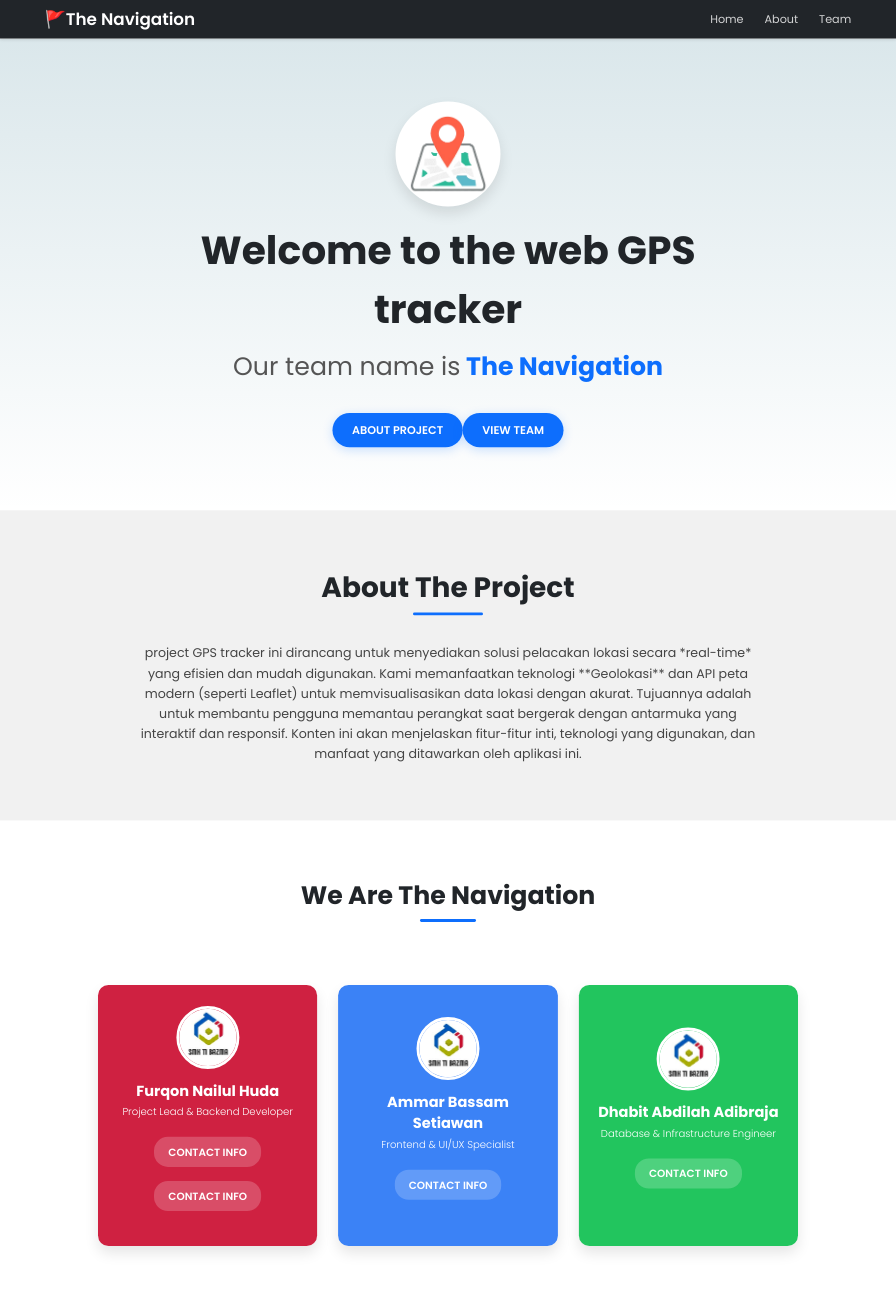
Repository: ammarsetiawan/gps-traker
Page: about.html
These files come from the project's save history. The page is drawn as it stood at one moment and after the next save; the edit follows.
The browser window is 1280 px wide. The pictures show the whole page, at 70% of full size.

Above is the page before, as saved 2025-11-27 16:52:48.

### about.html
<!DOCTYPE html>
<html lang="en">

<head>
    <meta charset="UTF-8">
    <meta name="viewport" content="width=device-width, initial-scale=1.0">
    <title>GPS Tracking - The Navigation</title>
    <link rel="stylesheet" href="https://unpkg.com/leaflet/dist/leaflet.css" />
    <link href="https://fonts.googleapis.com/css2?family=Poppins:wght@300;400;600;700&display=swap" rel="stylesheet">

    <style>
        :root {
            --primary-color: #0d6efd;
            --secondary-color: #0b5ed7;
            --dark-color: #212529;
            --light-color: #ffffff;
            --background-light: #f1f1f1;
            --red-card: #cf2141;
            --blue-card: #3b82f6;
            --green-card: #22c55e;
            --font-family: 'Poppins', sans-serif;
        }

        /* 🔄 Global Reset & Body */
        * {
            margin: 0;
            padding: 0;
            box-sizing: border-box;
            scroll-behavior: smooth;
        }

        body {
            font-family: var(--font-family);
            background: var(--light-color);
            padding-top: 55px;
            scroll-padding-top: 55px;
            transition: all 0.3s ease;
        }

        /* 🚀 NAVBAR */
        nav {
            background-color: var(--dark-color);
            height: 55px;
            display: flex;
            align-items: center;
            padding: 0 5%;
            position: fixed;
            width: 100%;
            top: 0;
            box-shadow: 0 2px 4px rgba(0, 0, 0, 0.1);
            z-index: 1000;
        }

        nav .brand {
            font-size: 24px;
            font-weight: 600;
            color: var(--light-color);
        }

        nav ul {
            list-style: none;
            display: flex;
            gap: 30px;
            margin-left: auto;
        }

        nav ul li a {
            text-decoration: none;
            color: rgba(255, 255, 255, 0.8);
            font-size: 16px;
            font-weight: 400;
            transition: 0.3s ease;
            position: relative;
            padding-bottom: 5px;
        }

        nav ul li a:hover {
            color: var(--light-color);
        }

        nav ul li a::after {
            content: '';
            position: absolute;
            width: 0;
            height: 2px;
            display: block;
            margin-top: 5px;
            right: 0;
            background: var(--primary-color);
            transition: width 0.3s ease;
        }

        nav ul li a:hover::after {
            width: 100%;
            left: 0;
            right: auto;
        }

        /* 🏠 Hero Section */
        .background {
            background: linear-gradient(to bottom, rgba(73, 136, 155, 0.2), rgba(92, 92, 88, 0));
            min-height: calc(100vh - 55px);
            padding: 50px 0;
            position: relative;
        }

        .container {
            height: 100%;
            display: flex;
            justify-content: center;
            align-items: center;
            padding: 0 5%;
        }

        .sub-container {
            padding: 40px 20px;
            text-align: center;
            max-width: 800px;
            margin: 0 auto;
        }

        .card-icons {
            width: 150px;
            height: 150px;
            display: flex;
            justify-content: center;
            align-items: center;
            margin: 0 auto 20px auto;
            border-radius: 50%;
            background: var(--light-color);
            box-shadow: 0 10px 20px rgba(0, 0, 0, 0.1);
            overflow: hidden;
        }

        .card-icons img {
            max-width: 80%;
            max-height: 80%;
            object-fit: contain;
        }

        .font-home {
            font-size: clamp(30px, 5vw, 56px);
            font-weight: 700;
            display: block;
            margin-bottom: 10px;
            color: var(--dark-color);
        }

        .font {
            display: flex;
            justify-content: center;
            align-items: center;
            font-size: clamp(20px, 3vw, 36px);
            font-weight: 400;
            color: #555;
            margin-bottom: 40px;
        }

        .font span {
            color: var(--primary-color);
            font-weight: 700;
            margin-left: 8px;
        }

        .button-group {
            display: flex;
            justify-content: center;

        }

        /* Tombol Utama */
        .btn-custom {
            gap: 20px;
            display: inline-block;
            background-color: var(--primary-color);
            color: var(--light-color);
            padding: 12px 28px;
            border: none;
            border-radius: 50px;
            font-size: 16px;
            cursor: pointer;
            font-weight: 600;
            box-shadow: 0 4px 15px rgba(0, 110, 255, 0.2);
            transition: all 0.3s ease;
            text-decoration: none;
            text-transform: uppercase;
        }

        .btn-custom:hover {
            background-color: var(--secondary-color);
            transform: translateY(-3px);
            box-shadow: 0 8px 20px rgba(0, 110, 255, 0.3)
        }

        .btn-custom:active {
            background-color: #0a58ca;
            transform: translateY(0);
        }

        /* 📖 About Section */
        .background-page2 {
            background-color: var(--background-light);
            padding: 80px 5%;
            min-height: 400px;
        }

        .about-content {
            text-align: center;
            max-width: 900px;
            margin: 0 auto;
        }

        .about-project {
            font-size: clamp(30px, 4vw, 40px);
            font-weight: 700;
            color: var(--dark-color);
            position: relative;
            display: inline-block;
            margin-bottom: 20px;
        }

        .about-project::after {
            content: '';
            position: absolute;
            bottom: -10px;
            left: 50%;
            transform: translateX(-50%);
            width: 100px;
            height: 4px;
            background-color: var(--primary-color);
            border-radius: 2px;
        }

        .text-about {
            margin-top: 30px;
            font-size: 18px;
            line-height: 1.6;
            color: #444;
            min-height: 100px;
        }


        .background-page3 {
            padding: 80px 5%;

            min-height: 500px;
            text-align: center;
        }

        .team {
            font-size: clamp(28px, 3.5vw, 36px);
            font-weight: 700;
            position: relative;
            display: inline-block;
            margin-bottom: 20px;
            color: var(--dark-color);
        }

        .team::after {
            content: '';
            position: absolute;
            bottom: -10px;
            left: 50%;
            transform: translateX(-50%);
            width: 80px;
            height: 4px;
            background-color: var(--primary-color);
            border-radius: 2px;
        }



        .cards {
            position: relative;
            top: 50px;
            display: grid;
            grid-template-columns: repeat(auto-fit, minmax(280px, 1fr));
            gap: 30px;
            max-width: 1000px;
            margin: 0 auto;
            padding-bottom: 50px;

        }

        .cards .card {

            display: flex;
            align-items: center;
            justify-content: center;
            flex-direction: column;
            text-align: center;
            padding: 30px 20px;
            min-height: 280px;
            border-radius: 15px;
            color: var(--light-color);
            cursor: pointer;
            transition: all 0.4s ease;
            box-shadow: 0 10px 20px rgba(0, 0, 0, 0.1);
            position: relative;
        }

        /* Definisi Warna Kartu */
        .cards .red {
            background-color: var(--red-card);
        }

        .cards .blue {
            background-color: var(--blue-card);
        }

        .cards .green {
            background-color: var(--green-card);
        }


        .cards .card img {
            width: 90px;
            height: 90px;
            border-radius: 50%;
            margin-bottom: 15px;
            object-fit: cover;
            border: 4px solid var(--light-color);
        }

        .cards .card .tip {
            font-size: 1.3em;
            font-weight: 700;
            margin-bottom: 5px;
        }

        .cards .card .second-text {
            font-size: .9em;
            font-weight: 300;
            margin-bottom: 25px;

        }

        .cards .card .btn-custom {
            padding: 10px 20px;
            font-size: 15px;
            background-color: rgba(255, 255, 255, 0.2);
            box-shadow: none;
            border-radius: 20px;
            margin-bottom: 20px;
        }

        .cards .card .btn-custom:hover {
            background-color: rgba(0, 0, 0, 0.4);
            transform: none;
        }


        .cards .card:hover {
            transform: translateY(-10px);
            box-shadow: 0 15px 30px rgba(0, 0, 0, 0.2);
        }

        /* Efek blur pada kartu lain saat hover */
        .cards:hover>.card:not(:hover) {
            filter: blur(2px) grayscale(50%);
            opacity: 0.8;
            transform: none;
        }

        /* Navbar Menu Button (Hanya terlihat di mobile) */
        #menuBtn {
            margin-left: auto;
            background: transparent;
            border: none;
            padding: 5px;
            cursor: pointer;
            display: none;

        }

        #menuBtn div {
            width: 25px;
            height: 3px;
            background-color: var(--light-color);
            margin: 4px 0;
            transition: 0.3s;
            border-radius: 2px;
        }

        /* 📱 MEDIA QUERY: Mobile/Tablet */
        @media (max-width: 768px) {
            .btn-custom {
                margin-bottom: 20px;
            }

            nav {
                padding: 0 3%;
            }

            nav ul {
                position: fixed;
                top: 55px;
                right: 0;
                background: var(--dark-color);
                width: 200px;
                flex-direction: column;
                padding: 15px;
                display: none;
                border-bottom-left-radius: 10px;
                z-index: 999;
                box-shadow: -2px 2px 5px rgba(0, 0, 0, 0.2);
                transform: translateX(100%);
                transition: transform 0.3s ease-out;
            }

            nav ul.show {
                display: flex;
                transform: translateX(0);
            }

            nav ul li a {
                padding: 10px 0;
                display: block;
                border-bottom: 1px solid rgba(255, 255, 255, 0.1);
            }

            #menuBtn {
                display: block;
            }

            .button-group {
                flex-direction: column;
                gap: 15px;
            }

            .btn-custom {
                width: 80%;
                margin: 0 auto;
            }

            /* Perbaikan fokus di mobile */
            .background-page3 {
                padding: 60px 3%;

            }

            .cards {
                grid-template-columns: 1fr;

                top: 30px;
            }
        }
    </style>
</head>

<body>

    <nav>
        <h2 class="brand">🚩The Navigation</h2>

        <button id="menuBtn">
            <div></div>
            <div></div>
            <div></div>
        </button>

        <ul id="menu">
            <li><a href="./index.html">Home</a></li>
            <li><a href="#about-section">About</a></li>
            <li><a href="#view-team">Team</a></li>
        </ul>
    </nav>

    <section class="background">
        <div class="container">
            <div class="sub-container">
                <div class="card-icons">


                    <img src="./png-clipart-gps-navigation-device-gps-tracking-unit-vehicle-tracking-system-icon-green-map-red-location-mark-map-logo-electronics-text-thumbnail-removebg-preview.png"
                        alt="">

                </div>

                <h2 class="font-home">Welcome to the web GPS tracker</h2>
                <div class="font">
                    Our team name is
                    <span class="font-arch">The Navigation</span>
                </div>

                <div class="button-group">
                    <a href="#about-section" class="btn-custom">
                        About Project
                    </a>
                    <a href="#view-team" class="btn-custom">
                        View Team
                    </a>
                </div>
            </div>
        </div>
        <footer>
        </footer>
    </section>

    <section class="background-page2" id="about-section">
        <div class="about-content">
            <h2 class="about-project">About The Project</h2>
            <p class="text-about">
                project GPS tracker ini dirancang untuk menyediakan solusi pelacakan lokasi secara *real-time* yang
                efisien dan mudah digunakan. Kami memanfaatkan teknologi **Geolokasi** dan API peta modern (seperti
                Leaflet) untuk memvisualisasikan data lokasi dengan akurat. Tujuannya adalah untuk membantu pengguna
                memantau perangkat saat bergerak dengan antarmuka yang interaktif dan responsif. Konten ini akan
                menjelaskan fitur-fitur inti, teknologi yang digunakan, dan manfaat yang ditawarkan oleh aplikasi ini.
            </p>
        </div>
    </section>

    <section class="background-page3" id="view-team">
        <div style="text-align: center; padding-bottom: 30px;">
            <h2 class="team">We Are The Navigation</h2>
        </div>

        <div class="cards">
            <div class="card red">
                <img src="data:[embedded picture, 6755 characters]"
                    alt="Furqon Nailul Huda Avatar">
                <p class="tip">Furqon Nailul Huda</p>
                <p class="second-text">Project Lead & Backend Developer</p>

                <a href="#" class="btn-custom">Contact Info</a>
                <a href="#" class="btn-custom">Contact Info</a>
            </div>
            <div class="card blue">
                <img src="data:[embedded picture, 6755 characters]"
                    alt="Ammar Bassam Setiawan Avatar">
                <p class="tip">Ammar Bassam Setiawan</p>
                <p class="second-text">Frontend & UI/UX Specialist</p>
                <a href="#" class="btn-custom">Contact Info</a>
            </div>
            <div class="card green">
                <img src="data:[embedded picture, 6755 characters]"
                    alt="Dhabit Abdilah Adibraja Avatar">
                <p class="tip">Dhabit Abdilah Adibraja</p>
                <p class="second-text">Database & Infrastructure Engineer</p>
                <a href="#" class="btn-custom">Contact Info</a>
            </div>
        </div>
    </section>


    <div id="content"></div>
    <script>
        const btn = document.getElementById("menuBtn");
        const menu = document.getElementById("menu");

        btn.addEventListener("click", () => {
            // Menggunakan class 'show' untuk menampilkan/menyembunyikan menu
            menu.classList.toggle('show');
        });

        // Menutup menu saat link di klik (khusus mobile)
        document.querySelectorAll('#menu a').forEach(link => {
            link.addEventListener('click', () => {
                // Hanya tutup jika tampilan adalah mobile (misalnya, jika menu ditampilkan sebagai dropdown)
                if (window.innerWidth <= 768) {
                    menu.classList.remove('show');
                }
            });
        });
    </script>

</body>

</html>

After the next save:
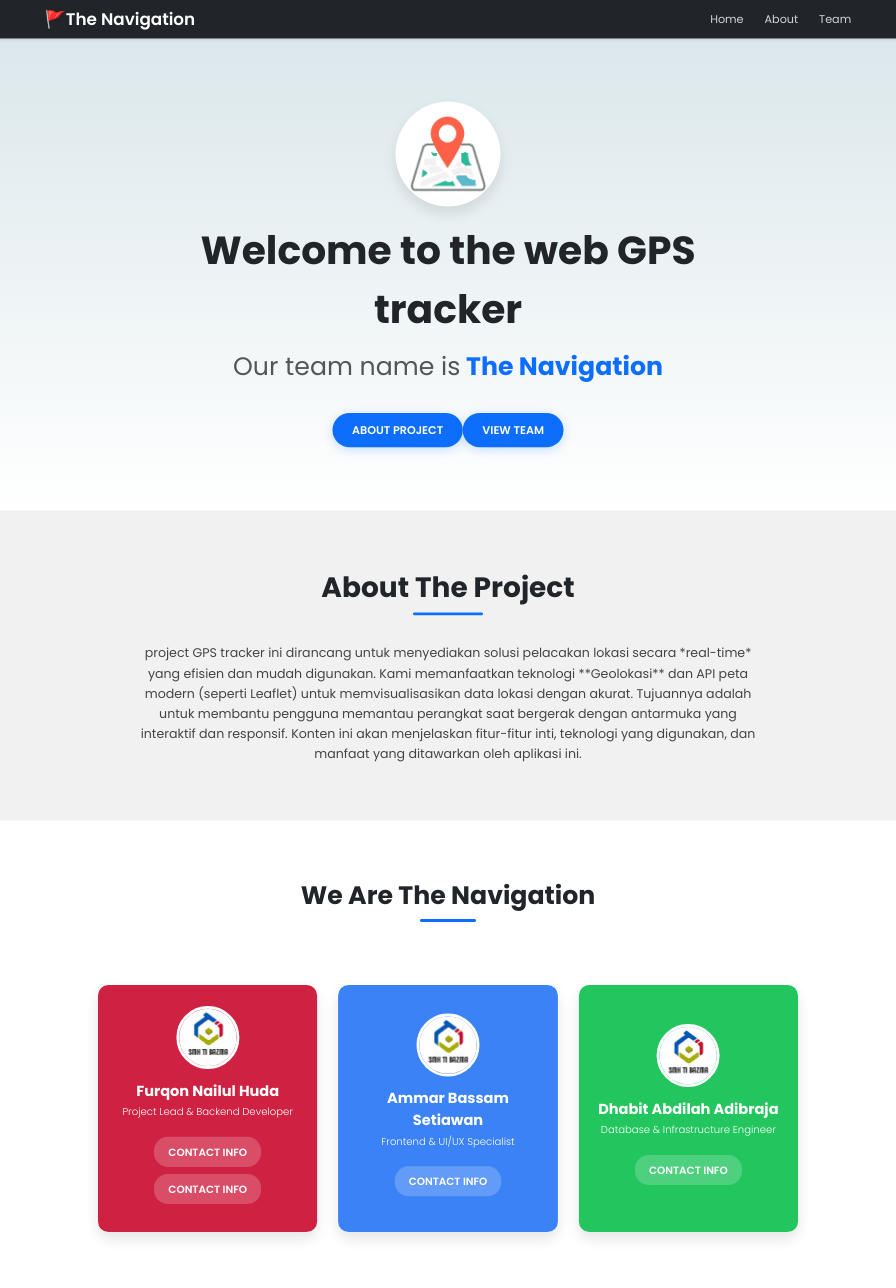
Saved 5 s later.
--- a/about.html
+++ b/about.html
@@ -341,7 +341,7 @@
             background-color: rgba(255, 255, 255, 0.2);
             box-shadow: none;
             border-radius: 20px;
-            margin-bottom: 20px;
+            margin-bottom: 10px;
         }
 
         .cards .card .btn-custom:hover {
